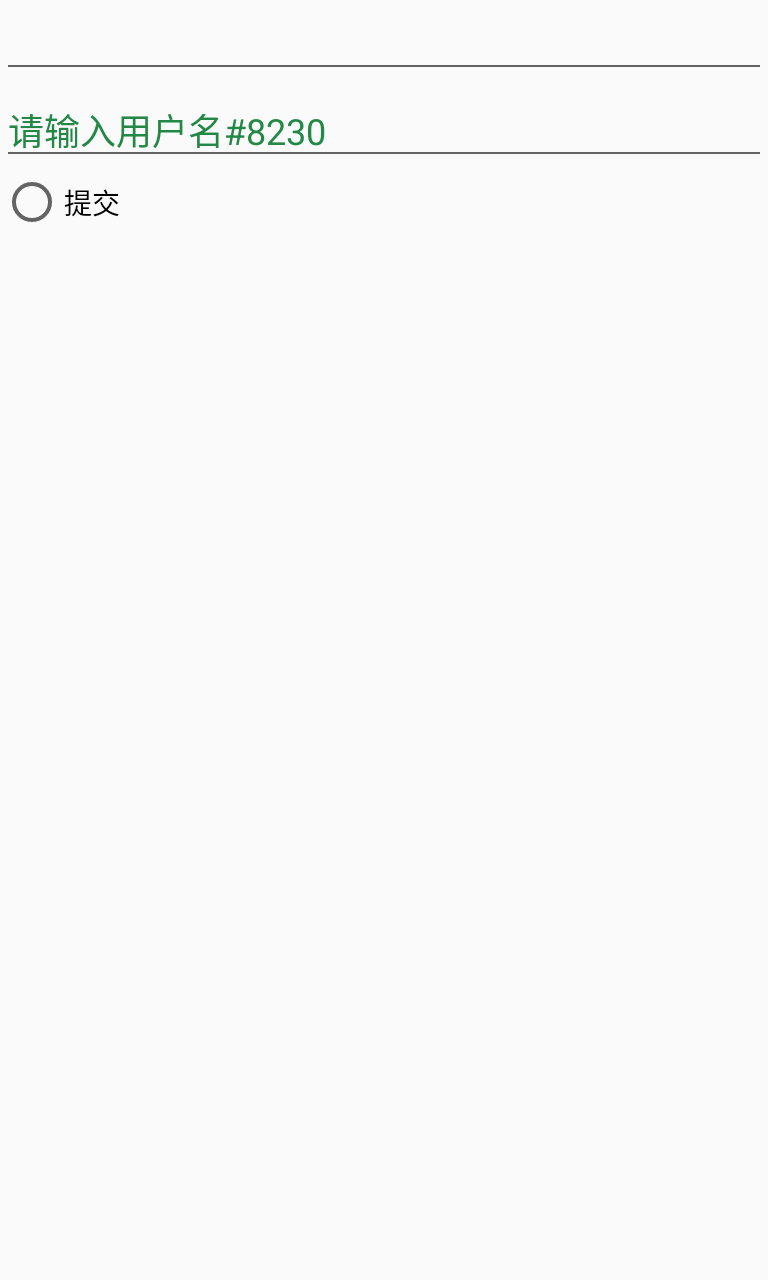
Repository: sh-zh-en/NBTodo
Layout: nbtodo/NBTodo/res/layout/addition_task_layout.xml
The author's editor kept a copy of each file at every save. The layout is drawn from the files as they stood at one save, then again after the next save.
It is drawn on a 768 x 1280 px phone screen (xhdpi) without system bars, with theme AppTheme; the app's code is not run.

Above is the layout before, as saved 2015-02-05 22:10:41.

After the next save:
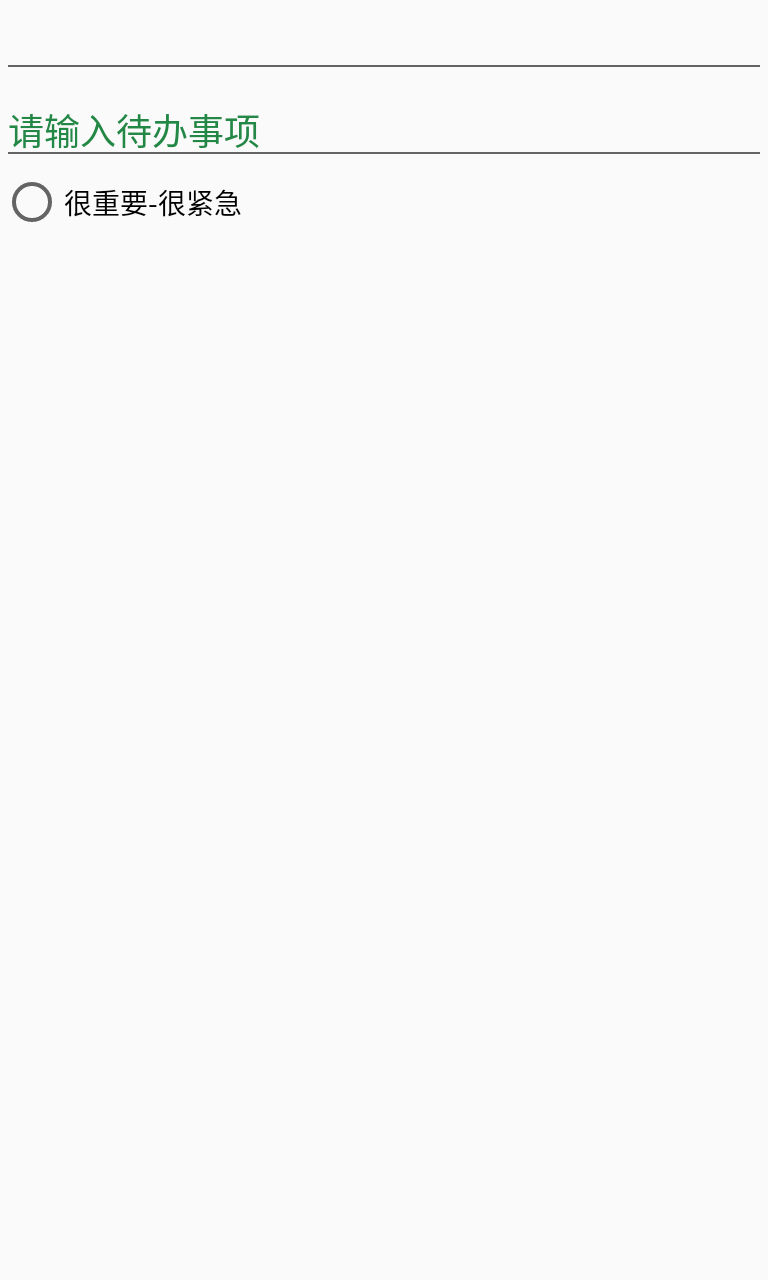
Saved 7 min 39 s later.
--- a/nbtodo/NBTodo/res/values/strings.xml
+++ b/nbtodo/NBTodo/res/values/strings.xml
@@ -9,8 +9,11 @@
     <string name="activity_nbtodo_main_button01">添加任务</string>
 
 
-    <string name="addition_task_layout_edittext01">请输入用户名#8230</string>
-    <string name="addition_task_layout_button01">提交</string>
+    <string name="addition_task_layout_edittext01">请输入待办事项</string>
+    <string name="addition_task_layout_button01">很重要-很紧急</string>
+    <string name="addition_task_layout_button02">很重要-不紧急</string>
+    <string name="addition_task_layout_button03">不重要-很紧急</string>
+    <string name="addition_task_layout_button04">不重要-不紧急</string>
 
 
 
